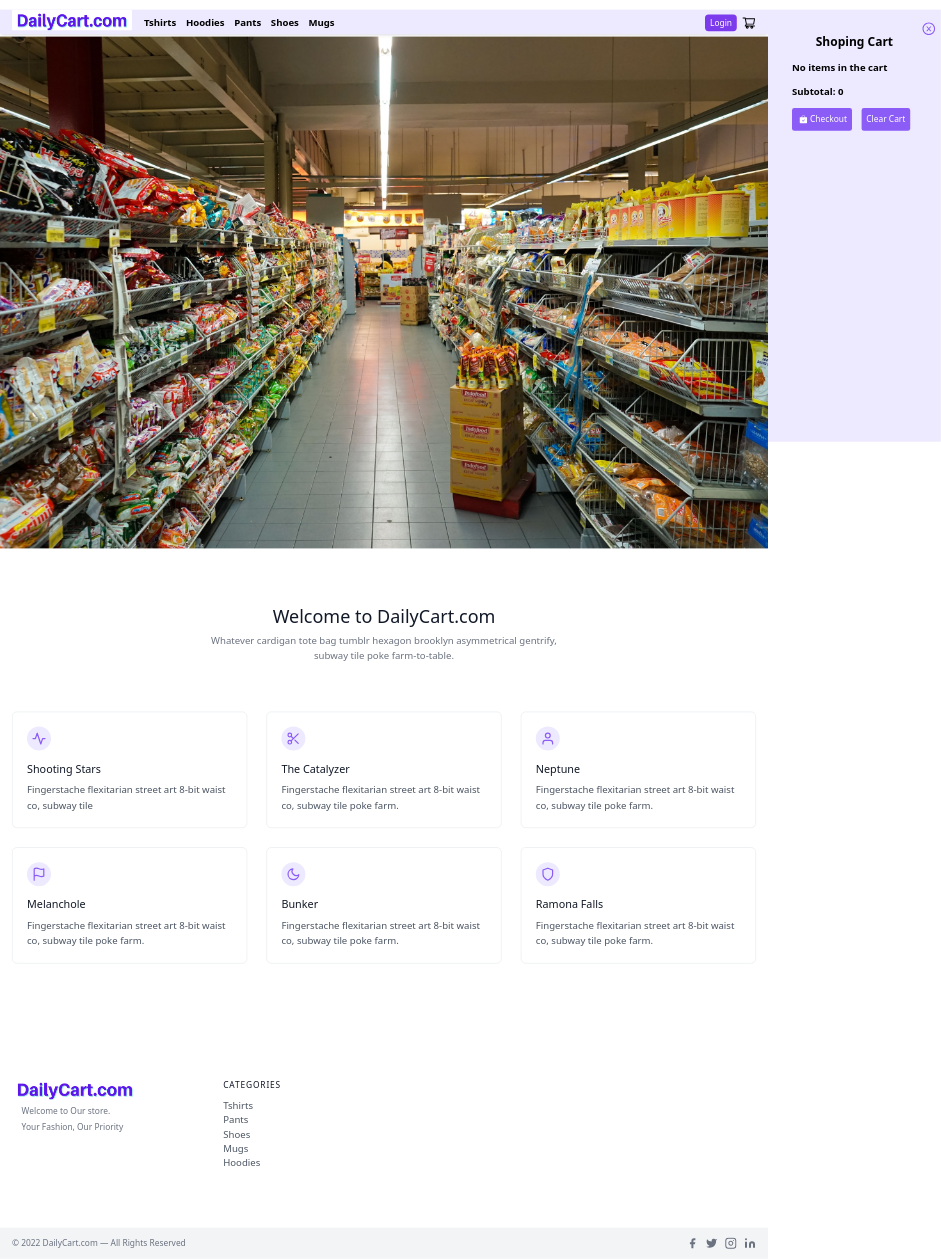
Repository: sayanm456/dailycart
Page: /
These files come from the project's save history. The page is drawn as it stood at one moment and after the next save; the edit follows.
The browser window is 1280 px wide. The page is 1568 px wide, so the pictures cover 1568 px, including what lies to the right of the window. The pictures show the whole page, at 60% of full size.
The project was rebuilt for these pictures with package versions that can differ from the ones it lists, and the page was loaded fresh each time. The framework's server and built-in components were replaced by stand-ins that run in the browser. Also part of the build but not shown: next.config.js.

Above is the page before, as saved 2022-12-05 16:52:19.

### pages/_document.js
import { Html, Head, Main, NextScript } from 'next/document'

export default function Document() {
  return (
    <Html>
      <Head className='overflow-x-hidden'/>
      <body>
        <Main />
        <NextScript />
      </body>
    </Html>
  )
}

### pages/index.js
import Head from "next/head";
import Image from "next/image";
import Footer from "../components/Footer";
import Navbar from "../components/Navbar";

export default function Home() {
  return (
    <div>
      <Head>
        <title>
          DailyCart.com - A online shop for buying daliy grocery and other
          accessories
        </title>
        <meta name="description" content="DailyCart.com" />
        <link rel="icon" href="/favicon.ico" />
      </Head>
      <div>
        <img src="/home.jpg" alt="" />
      </div>
      <section className="text-gray-600 body-font">
        <div className="container px-5 py-24 mx-auto">
          <div className="flex flex-wrap w-full mb-20 flex-col items-center text-center">
            <h1 className="sm:text-3xl text-2xl font-medium title-font mb-2 text-gray-900">
              Welcome to DailyCart.com
            </h1>
            <p className="lg:w-1/2 w-full leading-relaxed text-gray-500">
              Whatever cardigan tote bag tumblr hexagon brooklyn asymmetrical
              gentrify, subway tile poke farm-to-table.
            </p>
          </div>
          <div className="flex flex-wrap -m-4">
            <div className="xl:w-1/3 md:w-1/2 p-4">
              <div className="border border-gray-200 p-6 rounded-lg">
                <div className="w-10 h-10 inline-flex items-center justify-center rounded-full bg-violet-100 text-violet-500 mb-4">
                  <svg fill="none" stroke="currentColor" strokeLinecap="round" strokeLinejoin="round" strokeWidth="2" className="w-6 h-6" viewBox="0 0 24 24">
                    <path d="M22 12h-4l-3 9L9 3l-3 9H2"></path>
                  </svg>
                </div>
                <h2 className="text-lg text-gray-900 font-medium title-font mb-2">
                  Shooting Stars
                </h2>
                <p className="leading-relaxed text-base">
                  Fingerstache flexitarian street art 8-bit waist co, subway
                  tile
                </p>
              </div>
            </div>
            <div className="xl:w-1/3 md:w-1/2 p-4">
              <div className="border border-gray-200 p-6 rounded-lg">
                <div className="w-10 h-10 inline-flex items-center justify-center rounded-full bg-violet-100 text-violet-500 mb-4">
                  <svg fill="none" stroke="currentColor" strokeLinecap="round" strokeLinejoin="round" strokeWidth="2" className="w-6 h-6" viewBox="0 0 24 24">
                    <circle cx="6" cy="6" r="3"></circle>
                    <circle cx="6" cy="18" r="3"></circle>
                    <path d="M20 4L8.12 15.88M14.47 14.48L20 20M8.12 8.12L12 12"></path>
                  </svg>
                </div>
                <h2 className="text-lg text-gray-900 font-medium title-font mb-2">
                  The Catalyzer
                </h2>
                <p className="leading-relaxed text-base">
                  Fingerstache flexitarian street art 8-bit waist co, subway
                  tile poke farm.
                </p>
              </div>
            </div>
            <div className="xl:w-1/3 md:w-1/2 p-4">
              <div className="border border-gray-200 p-6 rounded-lg">
                <div className="w-10 h-10 inline-flex items-center justify-center rounded-full bg-violet-100 text-violet-500 mb-4">
                  <svg fill="none" stroke="currentColor" strokeLinecap="round" strokeLinejoin="round" strokeWidth="2" className="w-6 h-6" viewBox="0 0 24 24">
                    <path d="M20 21v-2a4 4 0 00-4-4H8a4 4 0 00-4 4v2"></path>
                    <circle cx="12" cy="7" r="4"></circle>
                  </svg>
                </div>
                <h2 className="text-lg text-gray-900 font-medium title-font mb-2">
                  Neptune
                </h2>
                <p className="leading-relaxed text-base">
                  Fingerstache flexitarian street art 8-bit waist co, subway
                  tile poke farm.
                </p>
              </div>
            </div>
            <div className="xl:w-1/3 md:w-1/2 p-4">
              <div className="border border-gray-200 p-6 rounded-lg">
                <div className="w-10 h-10 inline-flex items-center justify-center rounded-full bg-violet-100 text-violet-500 mb-4">
                  <svg fill="none" stroke="currentColor" strokeLinecap="round" strokeLinejoin="round" strokeWidth="2" className="w-6 h-6" viewBox="0 0 24 24">
                    <path d="M4 15s1-1 4-1 5 2 8 2 4-1 4-1V3s-1 1-4 1-5-2-8-2-4 1-4 1zM4 22v-7"></path>
                  </svg>
                </div>
                <h2 className="text-lg text-gray-900 font-medium title-font mb-2">
                  Melanchole
                </h2>
                <p className="leading-relaxed text-base">
                  Fingerstache flexitarian street art 8-bit waist co, subway
                  tile poke farm.
                </p>
              </div>
            </div>
            <div className="xl:w-1/3 md:w-1/2 p-4">
              <div className="border border-gray-200 p-6 rounded-lg">
                <div className="w-10 h-10 inline-flex items-center justify-center rounded-full bg-violet-100 text-violet-500 mb-4">
                  <svg fill="none" stroke="currentColor" strokeLinecap="round" strokeLinejoin="round" strokeWidth="2" className="w-6 h-6" viewBox="0 0 24 24">
                    <path d="M21 12.79A9 9 0 1111.21 3 7 7 0 0021 12.79z"></path>
                  </svg>
                </div>
                <h2 className="text-lg text-gray-900 font-medium title-font mb-2">
                  Bunker
                </h2>
                <p className="leading-relaxed text-base">
                  Fingerstache flexitarian street art 8-bit waist co, subway
                  tile poke farm.
                </p>
              </div>
            </div>
            <div className="xl:w-1/3 md:w-1/2 p-4">
              <div className="border border-gray-200 p-6 rounded-lg">
                <div className="w-10 h-10 inline-flex items-center justify-center rounded-full bg-violet-100 text-violet-500 mb-4">
                  <svg fill="none" stroke="currentColor" strokeLinecap="round" strokeLinejoin="round" strokeWidth="2" className="w-6 h-6" viewBox="0 0 24 24">
                    <path d="M12 22s8-4 8-10V5l-8-3-8 3v7c0 6 8 10 8 10z"></path>
                  </svg>
                </div>
                <h2 className="text-lg text-gray-900 font-medium title-font mb-2">
                  Ramona Falls
                </h2>
                <p className="leading-relaxed text-base">
                  Fingerstache flexitarian street art 8-bit waist co, subway
                  tile poke farm.
                </p>
              </div>
            </div>
          </div>
        </div>
      </section>
    </div>
  );
}

### components/Footer.js
import React from 'react'
import Link from 'next/link'
import Image from 'next/image'

const Footer = () => {
  return (
    <div>
        <footer className="text-gray-600 body-font">
            <div className="container px-5 py-24 mx-auto flex md:items-center lg:items-start md:flex-row md:flex-nowrap flex-wrap flex-col">
                <div className="w-64 flex-shrink-0 md:mx-0 mx-auto text-center md:text-left">
                <Link href={'/'}>
                <a className="flex title-font font-medium items-center md:justify-start justify-center text-gray-900">
                    <Image src="/logo.png" alt="DAILYCART.COM" width={210} height={35} />
                </a>
                </Link>
                <p className="mt-2 text-sm text-gray-500 px-4">Welcome to Our store.</p>
                <p className="mt-2 text-sm text-gray-500 px-4">Your Fashion, Our Priority</p>
                </div>
                <div className="flex-grow flex flex-wrap md:pl-20 -mb-10 md:mt-0 mt-10 md:text-left text-center">
                <div className="lg:w-1/4 md:w-1/2 w-full px-4">
                    <h2 className="title-font font-medium text-gray-900 tracking-widest text-sm mb-3">CATEGORIES</h2>
                    <nav className="list-none mb-10">
                    <li>
                        <a className="text-gray-600 hover:text-gray-800">Tshirts</a>
                    </li>
                    <li>
                        <a className="text-gray-600 hover:text-gray-800">Pants</a>
                    </li>
                    <li>
                        <a className="text-gray-600 hover:text-gray-800">Shoes</a>
                    </li>
                    <li>
                        <a className="text-gray-600 hover:text-gray-800">Mugs</a>
                    </li>
                    <li>
                        <a className="text-gray-600 hover:text-gray-800">Hoodies</a>
                    </li>
                    </nav>
                </div>
                {/* <div className="lg:w-1/4 md:w-1/2 w-full px-4">
                    <h2 className="title-font font-medium text-gray-900 tracking-widest text-sm mb-3">CATEGORIES</h2>
                    <nav className="list-none mb-10">
                    <li>
                        <a className="text-gray-600 hover:text-gray-800">First Link</a>
                    </li>
                    <li>
                        <a className="text-gray-600 hover:text-gray-800">Second Link</a>
                    </li>
                    <li>
                        <a className="text-gray-600 hover:text-gray-800">Third Link</a>
                    </li>
                    <li>
                        <a className="text-gray-600 hover:text-gray-800">Fourth Link</a>
                    </li>
                    </nav>
                </div>
                <div className="lg:w-1/4 md:w-1/2 w-full px-4">
                    <h2 className="title-font font-medium text-gray-900 tracking-widest text-sm mb-3">CATEGORIES</h2>
                    <nav className="list-none mb-10">
                    <li>
                        <a className="text-gray-600 hover:text-gray-800">First Link</a>
                    </li>
                    <li>
                        <a className="text-gray-600 hover:text-gray-800">Second Link</a>
                    </li>
                    <li>
                        <a className="text-gray-600 hover:text-gray-800">Third Link</a>
                    </li>
                    <li>
                        <a className="text-gray-600 hover:text-gray-800">Fourth Link</a>
                    </li>
                    </nav>
                </div>
                <div className="lg:w-1/4 md:w-1/2 w-full px-4">
                    <h2 className="title-font font-medium text-gray-900 tracking-widest text-sm mb-3">CATEGORIES</h2>
                    <nav className="list-none mb-10">
                    <li>
                        <a className="text-gray-600 hover:text-gray-800">First Link</a>
                    </li>
                    <li>
                        <a className="text-gray-600 hover:text-gray-800">Second Link</a>
                    </li>
                    <li>
                        <a className="text-gray-600 hover:text-gray-800">Third Link</a>
                    </li>
                    <li>
                        <a className="text-gray-600 hover:text-gray-800">Fourth Link</a>
                    </li>
                    </nav>
                </div> */}
                </div>
            </div>
            <div className="bg-gray-100">
                <div className="container mx-auto py-4 px-5 flex flex-wrap flex-col sm:flex-row">
                <p className="text-gray-500 text-sm text-center sm:text-left">© 2022 DailyCart.com — All Rights Reserved

                </p>
                <span className="inline-flex sm:ml-auto sm:mt-0 mt-2 justify-center sm:justify-start">
                    <a className="text-gray-500">
                    <svg fill="currentColor" strokeLinecap="round" strokeLinejoin="round" strokeWidth="2" className="w-5 h-5" viewBox="0 0 24 24">
                        <path d="M18 2h-3a5 5 0 00-5 5v3H7v4h3v8h4v-8h3l1-4h-4V7a1 1 0 011-1h3z"></path>
                    </svg>
                    </a>
                    <a className="ml-3 text-gray-500">
                    <svg fill="currentColor" strokeLinecap="round" strokeLinejoin="round" strokeWidth="2" className="w-5 h-5" viewBox="0 0 24 24">
                        <path d="M23 3a10.9 10.9 0 01-3.14 1.53 4.48 4.48 0 00-7.86 3v1A10.66 10.66 0 013 4s-4 9 5 13a11.64 11.64 0 01-7 2c9 5 20 0 20-11.5a4.5 4.5 0 00-.08-.83A7.72 7.72 0 0023 3z"></path>
                    </svg>
                    </a>
                    <a className="ml-3 text-gray-500">
                    <svg fill="none" stroke="currentColor" strokeLinecap="round" strokeLinejoin="round" strokeWidth="2" className="w-5 h-5" viewBox="0 0 24 24">
                        <rect width="20" height="20" x="2" y="2" rx="5" ry="5"></rect>
                        <path d="M16 11.37A4 4 0 1112.63 8 4 4 0 0116 11.37zm1.5-4.87h.01"></path>
                    </svg>
                    </a>
                    <a className="ml-3 text-gray-500">
                    <svg fill="currentColor" stroke="currentColor" strokeLinecap="round" strokeLinejoin="round" strokeWidth="0" className="w-5 h-5" viewBox="0 0 24 24">
                        <path stroke="none" d="M16 8a6 6 0 016 6v7h-4v-7a2 2 0 00-2-2 2 2 0 00-2 2v7h-4v-7a6 6 0 016-6zM2 9h4v12H2z"></path>
                        <circle cx="4" cy="4" r="2" stroke="none"></circle>
                    </svg>
                    </a>
                </span>
                </div>
            </div>
            </footer>
    </div>
  )
}

export default Footer

### components/Navbar.js
import React, { useState } from "react";
import Image from "next/image";
import Link from "next/link";
import {
  AiOutlineShoppingCart,
  AiOutlineCloseCircle,
  AiOutlinePlusCircle,
  AiOutlineMinusCircle,
} from "react-icons/ai";
import { BsFillBagCheckFill } from "react-icons/bs";
import { MdAccountCircle } from "react-icons/md";
import { useRef } from "react";

const Navbar = ({logout, user, cart, addToCart, removeFromCart, clearCart, subTotal }) => {
  const [dropdown, setDropdown] = useState(false)


  const toggleCart = () => {
    if (ref.current.classList.contains("translate-x-full")) {
      ref.current.classList.remove("translate-x-full");
      ref.current.classList.add("translate-x-0");
    } else if (!ref.current.classList.contains("translate-x-full")) {
      ref.current.classList.remove("translate-x-0");
      ref.current.classList.add("translate-x-full");
    }
  };

  const ref = useRef();

  return (
    <div className="flex flex-col md:flex-row md:justify-start justify-between items-center mb-1 my-4 shadow-md sticky top-0 bg-violet-100 z-10">
      <div className="logo mr-auto md:mx-5">
        <Link href={"/"}>
          <a>
            <Image width={200} height={35} src="/logo.png" alt="" />
          </a>
        </Link>
      </div>
      <div className="nav">
        <ul className="flex items-center space-x-4 font-bold md:text-md">
          <Link href={"/tshirts"}>
            <a>
              <li className="hover:text-violet-500">Tshirts</li>
            </a>
          </Link>
          <Link href={"/hoodies"}>
            <a>
              <li className="hover:text-violet-500">Hoodies</li>
            </a>
          </Link>
          <Link href={"/pants"}>
            <a>
              <li className="hover:text-violet-500">Pants</li>
            </a>
          </Link>
          <Link href={"/shoes"}>
            <a>
              <li className="hover:text-violet-500">Shoes</li>
            </a>
          </Link>
          <Link href={"/mugs"}>
            <a>
              <li className="hover:text-violet-500">Mugs</li>
            </a>
          </Link>
        </ul>
      </div>
      <div className="cart items-center absolute right-0 top-2 mx-5 cursor-pointer flex">
        <span onMouseOver={()=>{setDropdown(true)}} onMouseLeave={()=>{setDropdown(false)}}>
       {dropdown && <div onMouseOver={()=>{setDropdown(true)}} onMouseLeave={()=>{setDropdown(false)}} className="absolute right-8 bg-violet-400 top-6 rounded-md px-5 w-32">
           <ul>
            <Link href={'/myaccount'}><a><li className="py-2 hover:text-violet-500 text-sm">My Account</li></a></Link>
            <Link href={'/orders'}><a><li className="py-2 hover:text-violet-500 text-sm">Orders</li></a></Link>
            <li onClick={logout} className="py-2 hover:text-violet-500 text-sm">Logout</li>
           </ul>
         </div>}
        {user.value && <MdAccountCircle className="text-xl md:text-2xl mx-4"/>}
        </span>
        {!user.value && <Link href={'\login'}><a>
           <button className='bg-violet-600 px-2 py-1 rounded-md text-sm text-white mx-2'>Login</button>
           </a></Link>}
        <AiOutlineShoppingCart onClick={toggleCart} className="sticky text-xl md:text-2xl" />

      </div>
      <div ref={ref} className={`w-72 h-[100vh] sideCart overflow-y-scroll absolute top-0 right-0 bg-violet-100 px-8 py-10 transform transition-transform ${Object.keys(cart).length !== 0 ? 'translate-x-0':'translate-x-full'}`}>
        <h2 className="font-bold text-xl text-center">Shoping Cart</h2>
        <span onClick={toggleCart} className="absolute top-5 right-2 cursor-pointer text-2xl text-violet-500"><AiOutlineCloseCircle /></span>
        <ol className="list-decimal font-semibold">
          {Object.keys(cart).length == 0 && (
            <div className="my-4 mx-2 font-semibold">No items in the cart</div>
          )}
          {Object.keys(cart).map((k) => {
            return (
              <li key={k}>
                <div className="item flex my-5">
                  <div className="w-2/3 font-semibold">{cart[k].name}({cart[k].size}/{cart[k].variant}) </div>
                  <div className="flex font-semibold items-center justify-center w-1/3">
                    <AiOutlineMinusCircle onClick={()=>{removeFromCart(k, 1 ,cart[k].price, cart[k].name, cart[k].size, cart[k].variant)}} className="cursor-pointer text-violet-500" />
                    <span className="mx-2 text-sm">{cart[k].qty}</span>
                    <AiOutlinePlusCircle onClick={()=>{addToCart(k, 1 ,cart[k].price, cart[k].name, cart[k].size, cart[k].variant)}} className="cursor-pointer text-violet-500" />
                  </div>
                </div>
              </li>
            );
          })}
        </ol>
        <div className="font-bold m-2">Subtotal: {subTotal}</div>
        <div className="flex">
          <Link href={'/checkout'}><button className="flex m-2 text-white bg-violet-500 border-0 py-2 px-2 focus:outline-none hover:bg-violet-600 rounded text-sm"><BsFillBagCheckFill className="m-1" />
            Checkout
          </button></Link>
          <button onClick={clearCart} className="flex m-2 text-white bg-violet-500 border-0 py-2 px-2 focus:outline-none hover:bg-violet-600 rounded text-sm">
            Clear Cart
          </button>
        </div>
      </div>
    </div>
  );
};

export default Navbar;

### styles/globals.css
@tailwind base;
@tailwind components;
@tailwind utilities;


body{
    overflow-x: hidden;
}

Loaded but not shown: pages/_app.js (common file); tailwind.config.js (common file)

After the next save:
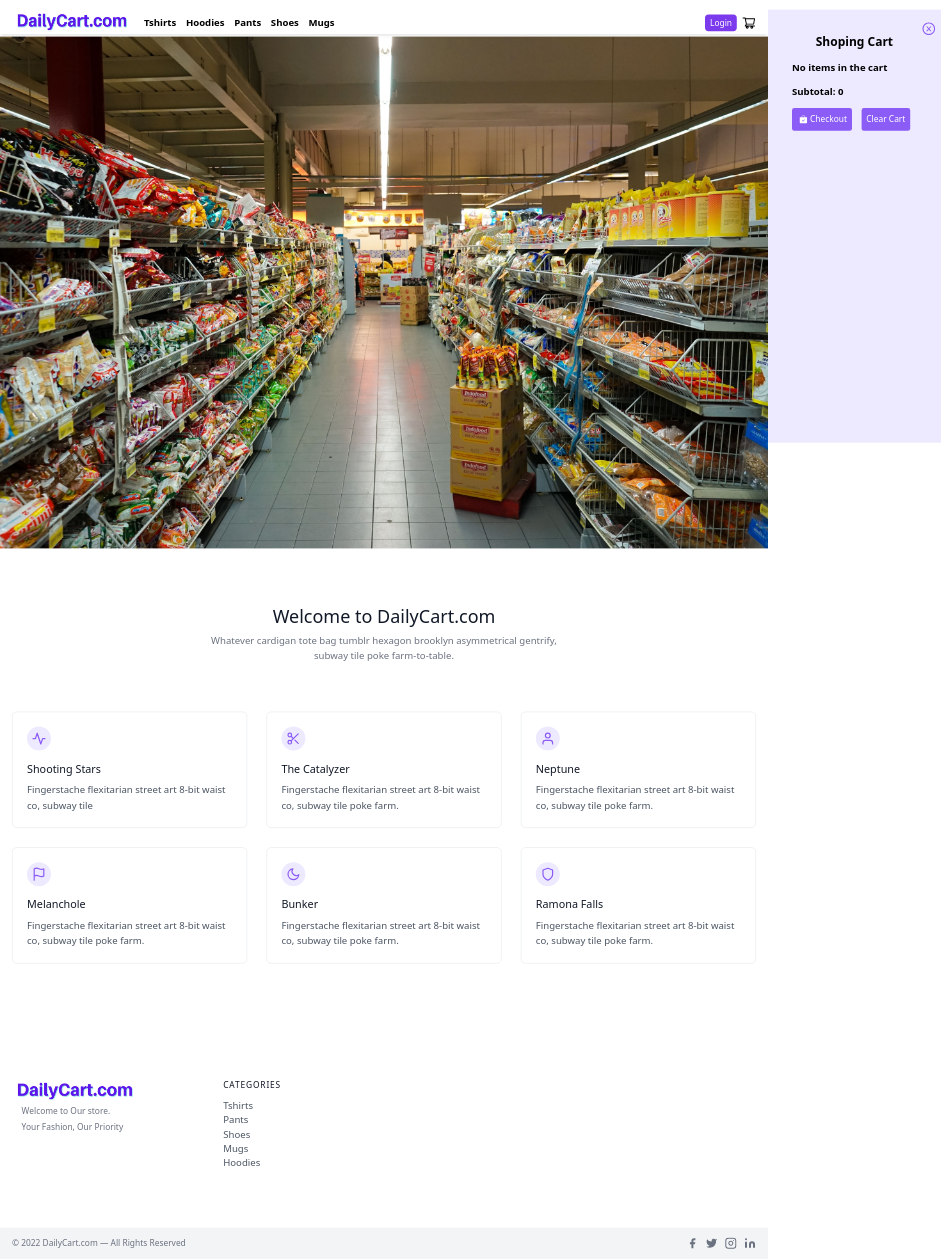
Saved 6 min 33 s later.
--- a/components/Navbar.js
+++ b/components/Navbar.js
@@ -28,7 +28,7 @@ const Navbar = ({logout, user, cart, addToCart, removeFromCart, clearCart, subTo
   const ref = useRef();
 
   return (
-    <div className="flex flex-col md:flex-row md:justify-start justify-between items-center mb-1 my-4 shadow-md sticky top-0 bg-violet-100 z-10">
+    <div className="flex flex-col md:flex-row md:justify-start justify-between items-center mb-1 my-4 shadow-md sticky top-0 bg-white z-10">
       <div className="logo mr-auto md:mx-5">
         <Link href={"/"}>
           <a>
